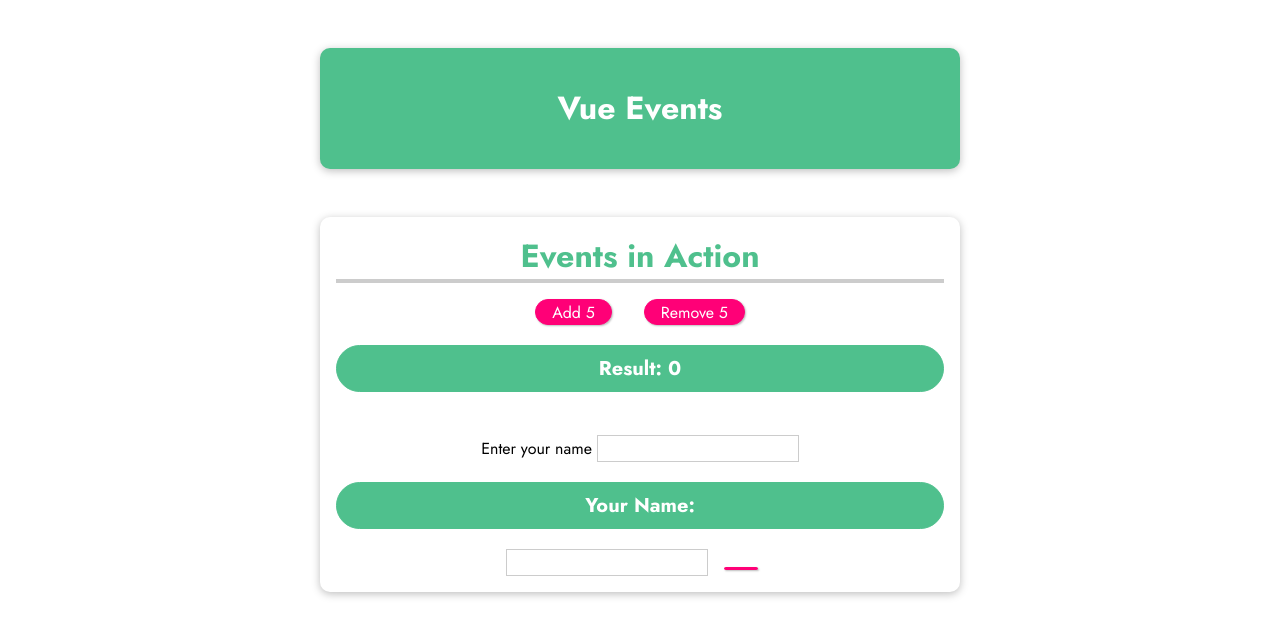
Repository: zmarkoni/Vue-The-Complete-Guide
Page: basics-03-events-starting-code/index.html
These files come from the project's save history. The page is drawn as it stood at one moment and after the next save; the edit follows.
The browser window is 1280 px wide. The pictures show the whole page.

Above is the page before, as saved 2020-12-30 09:48:36.

### basics-03-events-starting-code/index.html
<!DOCTYPE html>
<html lang="en">
  <head>
    <meta charset="UTF-8" />
    <meta name="viewport" content="width=device-width, initial-scale=1.0" />
    <title>Vue Basics</title>
    <link
      href="https://fonts.googleapis.com/css2?family=Jost:wght@400;700&display=swap"
      rel="stylesheet"
    />
    <link rel="stylesheet" href="styles.css" />
    <script src="https://unpkg.com/vue@next" defer></script>
    <script src="app.js" defer></script>
  </head>
  <body>
    <header>
      <h1>Vue Events</h1>
    </header>
    <section id="events">
      <h2>Events in Action</h2>

      <button v-on:click="add(5)">Add 5</button>
      <button v-on:click="reduce(5)">Remove 5</button>
      <p>Result: {{ counter }}</p>

      </br>

      <label for="name">Enter your name </label>
      <input id="name" type="text" v-on:input="setName($event, 'Markovic')">
      <p>Your Name: {{ name }}</p>
      <form>
        <input type="text">
        <button></button>
      </form>
    </section>
  </body>
</html>

### basics-03-events-starting-code/styles.css
* {
  box-sizing: border-box;
}

html {
  font-family: 'Jost', sans-serif;
}

body {
  margin: 0;
}

header {
  box-shadow: 0 2px 8px rgba(0, 0, 0, 0.26);
  margin: 3rem auto;
  border-radius: 10px;
  padding: 1rem;
  background-color: #4fc08d;
  color: white;
  text-align: center;
  width: 90%;
  max-width: 40rem;
}

#events {
  box-shadow: 0 2px 8px rgba(0, 0, 0, 0.26);
  margin: 3rem auto;
  border-radius: 10px;
  padding: 1rem;
  text-align: center;
  width: 90%;
  max-width: 40rem;
}

#events h2 {
  font-size: 2rem;
  border-bottom: 4px solid #ccc;
  color: #4fc08d;
  margin: 0 0 1rem 0;
}

#events p {
  font-size: 1.25rem;
  font-weight: bold;
  border: 1px solid #4fc08d;
  background-color: #4fc08d;
  color: white;
  padding: 0.5rem;
  border-radius: 25px;
}

#events input {
  font: inherit;
  border: 1px solid #ccc;
}

#events input:focus {
  outline: none;
  border-color: #1b995e;
  background-color: #d7fdeb;
}

#events button {
  font: inherit;
  cursor: pointer;
  border: 1px solid #ff0077;
  background-color: #ff0077;
  color: white;
  padding: 0.05rem 1rem;
  box-shadow: 1px 1px 2px rgba(0, 0, 0, 0.26);
  border-radius: 20px;
  margin: 0 1rem;
}

#events button:hover,
#events button:active {
  background-color: #ec3169;
  border-color: #ec3169;
  box-shadow: 1px 1px 4px rgba(0, 0, 0, 0.26);
}

### basics-03-events-starting-code/app.js
const app = Vue.createApp({
	data() {
		return {
      counter: 0,
      name: ''
		};
	},
	methods: {
    setName(event, lastName) {
      this.name = event.currentTarget.value + ' ' + lastName;
    },
		add(num) {
			return (this.counter = this.counter + num);
		},
		reduce(num) {
			return (this.counter = this.counter - num);
		},
	},
});

app.mount('#events');

After the next save:
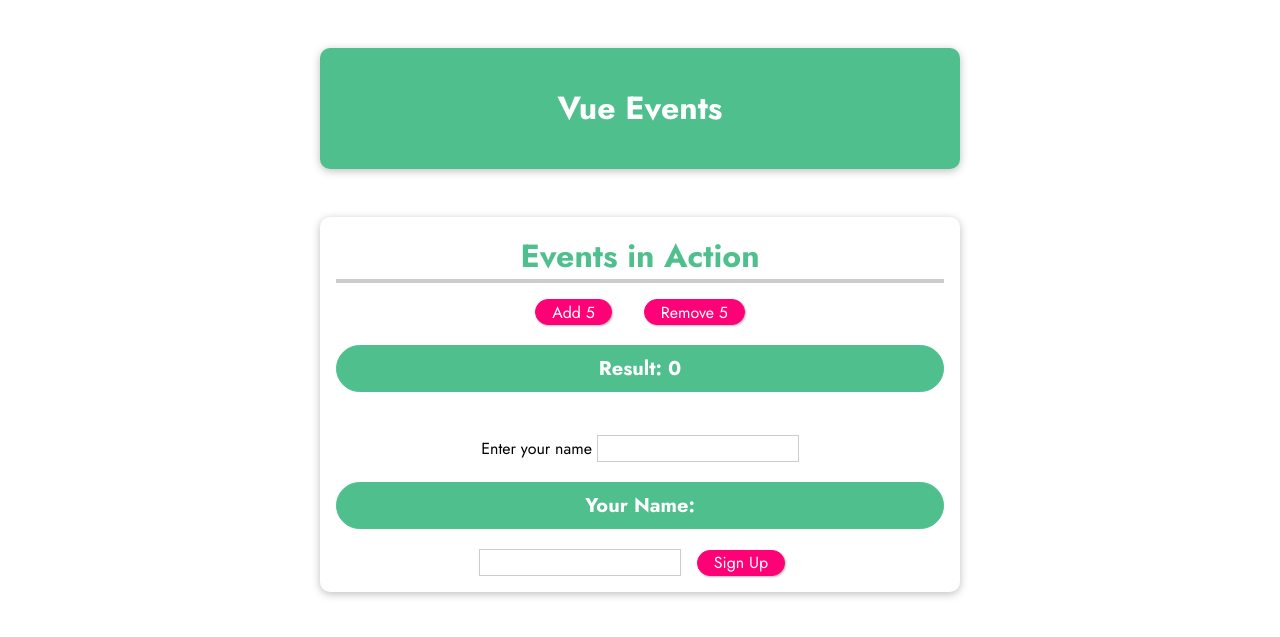
Saved 4 s later.
--- a/basics-03-events-starting-code/index.html
+++ b/basics-03-events-starting-code/index.html
@@ -30,7 +30,7 @@
       <p>Your Name: {{ name }}</p>
       <form>
         <input type="text">
-        <button></button>
+        <button>Sign Up</button>
       </form>
     </section>
   </body>
